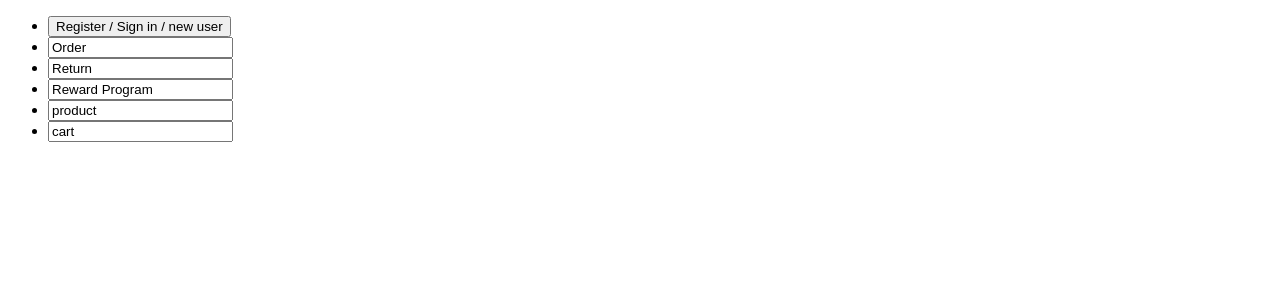
Repository: rahmankashfia/java-practise-eclipes
Page: TestProject/WebContent/WEB-INF/html/index.html
These files come from the project's save history. The page is drawn as it stood at one moment and after the next save; the edit follows.
The browser window is 1280 px wide. The pictures show the whole page.

Above is the page before, as saved 2020-02-05 04:06:25.

After the next save:
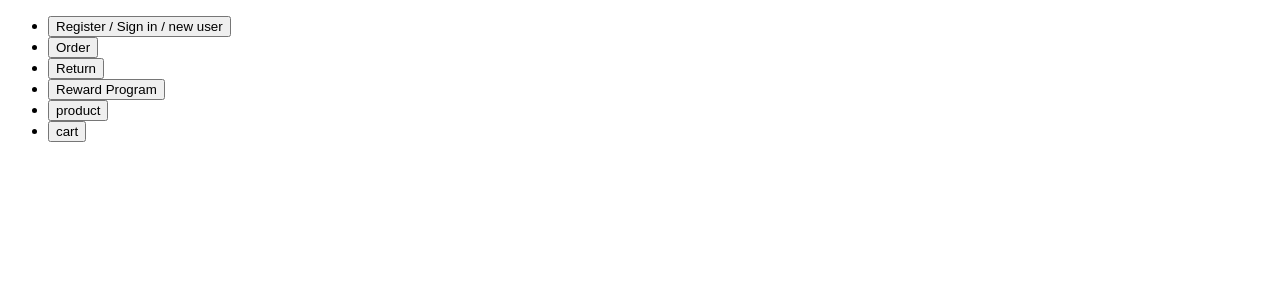
Saved 45 s later.
--- a/TestProject/WebContent/WEB-INF/html/index.html
+++ b/TestProject/WebContent/WEB-INF/html/index.html
@@ -9,11 +9,11 @@
 	<form>
 		<ul>
 			<li><input type="submit" value="Register / Sign in / new user"/></li>
-			<li><input value="Order"/></li>
-			<li><input value="Return"/></li>
-			<li><input value="Reward Program"/></li>
-			<li><input value="product"/></li>
-			<li><input value="cart"/></li>
+			<li><input type="submit" value="Order"/></li>
+			<li><input type="submit" value="Return"/></li>
+			<li><input type="submit" value="Reward Program"/></li>
+			<li><input type="submit" value="product"/></li>
+			<li><input type="submit" value="cart"/></li>
 		</ul>
 	</form>
 
